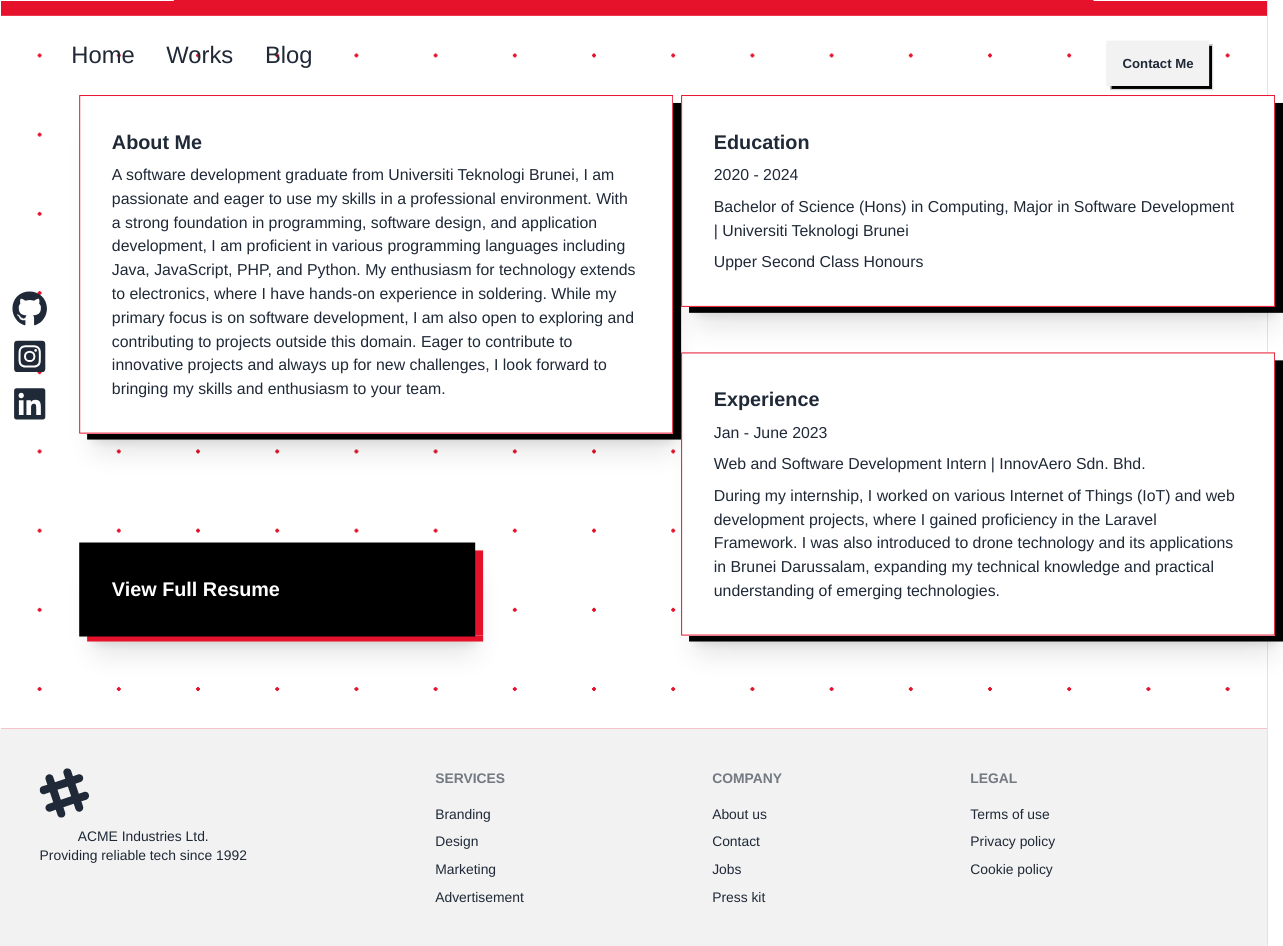
Repository: Ech026/echo-portfolio
Page: /echo-portfolio/my-work/echo-bike-app
These files come from the project's save history. The page is drawn as it stood at one moment and after a run of saves; the edit follows.
The browser window is 1280 px wide. The page is 1296 px wide, so the pictures cover 1296 px, including what lies to the right of the window. The pictures show the whole page, at 99% of full size.
Backgrounds fixed to the window are drawn as part of the page. The project was rebuilt for these pictures with package versions that can differ from the ones it lists, and the page was loaded fresh each time. Also part of the build but not shown: vite.config.js, src/components/hero.jsx, src/components/main.jsx, src/components/project.jsx, src/components/works.jsx.

Above is the page before, as saved 2024-10-14 19:32:01.

### index.html
<!doctype html>
<html lang="en" data-theme="light">
  <head>
    <meta charset="UTF-8" />
    <link rel="icon" type="image/svg+xml" href="/vite.svg" />
    <meta name="viewport" content="width=device-width, initial-scale=1.0" />
    <title>Aqil Aizuddin | Portfolio</title>
  </head>
  <body>
    <div id="root"></div>
    <script type="module" src="/src/main.jsx"></script>
  </body>
</html>

### src/main.jsx
import React from 'react'
import ReactDOM from 'react-dom/client'
import App from './App.jsx'
import './index.css'
import { BrowserRouter } from "react-router-dom";


ReactDOM.createRoot(document.getElementById('root')).render(
  <React.StrictMode>
    <BrowserRouter>
      <App />
    </BrowserRouter>
  </React.StrictMode>,
)

### src/App.jsx
import { useState } from 'react'
import reactLogo from './assets/react.svg'
import viteLogo from '/vite.svg'
import './App.css'

import { Route, Routes, useNavigate } from 'react-router-dom'


//component imports
import Main from './components/main'
import Works from './components/works'
import Blog from './components/works'
import Finalyearproj from './components/finalyearproj'


function App() {
  const [count, setCount] = useState(0)

  return (
    <>
      <Routes>
      <Route path="/echo-portfolio/" element= {
          <>
            <div className='bg bg-fixed w-screen '>
              <Main />
            </div>
          </>
        }
      />
      <Route path="/echo-portfolio/my-work" element= {
          <>
            <div className='bg bg-fixed w-screen '>
              <Works />
            </div>
          </>
        }
      />

      <Route path="/echo-portfolio/my-blog" element= {
          <>
            <div className='bg bg-fixed w-screen '>
              <Blog />
            </div>
          </>
        }
      />

      <Route path="/echo-portfolio/my-work/echo-bike-app" element= {
          <>
            <div className='bg bg-fixed w-screen '>
              <Finalyearproj />
            </div>
          </>
        }
      />

      </Routes>

    </>
  )
}

export default App

### src/App.css
#root {
  max-width: 100%;
  margin: 0 auto;
  text-align: center;
}

body{
  overflow-x: hidden;
  max-width: 100%;
}


.bg{
  background: radial-gradient(circle, transparent 20%, #e6122b 20%, #e6122b 80%, transparent 80%, transparent) 0% 0% / 172px 172px, radial-gradient(circle, transparent 20%, #e6122b 20%, #e6122b 80%, transparent 80%, transparent) 86px 86px / 172px 172px, linear-gradient(#ffffff 1.5px, transparent 1.5px) 0px -0.75px / 86px 86px, linear-gradient(90deg, #ffffff 1.5px, #e6122b 1.5px) -0.75px 0px / 86px 86px #e6122b;
  background-size: 172px 172px, 172px 172px, 86px 86px, 86px 86px;
  background-color: #e6122b;
}

.bg-2{
  background-image: radial-gradient(#e6122b 2px, transparent 2px);
  background-size: 80px 80px;
  background-color: #ffffff;
}

### src/components/finalyearproj.jsx
import React from 'react'
import Sidebar from './sidebar'
import Nav from './nav'
import Footer from './footer'

const finalyearproj = () => {
  return (
    <>
    <Sidebar/>
    <Nav/>

    <div className='hidden md:block md:min-h-screen bg-2 bg-fixed p-20'>
          <div className='flex justify-evenly'>
            <div className='flex flex-col justify-between'>
              <div>
                <div className=" z-20 card w-[600px] bg-white border border-[#e6122b] rounded-none absolute">
                  <div className="card-body">
                    <h2 className="card-title">About Me</h2>
                    <p className='text-left'>
                    A software development graduate from Universiti Teknologi Brunei, I am passionate and eager to use my skills in a professional environment. With a strong foundation in programming, software design, and application development, I am proficient in various programming languages including Java, JavaScript, PHP, and Python. My enthusiasm for technology extends to electronics, where I have hands-on experience in soldering. While my primary focus is on software development, I am also open to exploring and contributing to projects outside this domain. Eager to contribute to innovative projects and always up for new challenges, I look forward to bringing my skills and enthusiasm to your team.
                    </p>
                  </div>
                </div>
                <div className=" mt-2 ml-2 card w-[600px] bg-[#000] shadow-xl rounded-none ">
                  <div className="card-body">
                    <h2 className="card-title">About Me</h2>
                    <p className='text-justify'>
                    A software development graduate from Universiti Teknologi Brunei, I am passionate and eager to use my skills in a professional environment. With a strong foundation in programming, software design, and application development, I am proficient in various programming languages including Java, JavaScript, PHP, and Python. My enthusiasm for technology extends to electronics, where I have hands-on experience in soldering. While my primary focus is on software development, I am also open to exploring and contributing to projects outside this domain. Eager to contribute to innovative projects and always up for new challenges, I look forward to bringing my skills and enthusiasm to your team.
                    </p>
                  </div>
                </div>
              </div>

              <div className='flex justify-start'>
                <div className=" z-20 card w-[400px] bg-[#000] border border-[#000] rounded-none absolute text-[#fff] ">
                  <div className="card-body">
                    <h2 className="card-title">View Full Resume</h2>
                  </div>
                </div>
                <div className=" mt-2 ml-2 card w-[400px] bg-[#e6122b] shadow-xl rounded-none ">
                  <div className="card-body">
                  <h2 className="card-title">View Full Resume</h2>
                  </div>
                </div>
              </div>
            </div>

            <div className='flex flex-col justify-between'>
            <div className='mb-10'>
                <div className=" z-20 card w-[600px] bg-white border border-[#e6122b] rounded-none absolute">
                  <div className="card-body">
                    <h2 className="card-title">Education</h2>
                    <p className='text-left'>2020 - 2024</p>
                    <p className='text-left'>Bachelor of Science (Hons) in Computing, Major in Software Development | Universiti Teknologi Brunei</p>
                    <p className='text-left'>Upper Second Class Honours</p>


                  </div>
                </div>
                <div className=" mt-2 ml-2 card w-[600px] bg-[#000] shadow-xl rounded-none ">
                  <div className="card-body">
                  <h2 className="card-title">Education</h2>
                    <p className='text-left'>Jan - June 2023</p>
                    <p className='text-left'>Bachelor of Science (Hons) in Computing, Major in Software Development | Universiti Teknologi Brunei</p>
                    <p className='text-left'>Upper Second Class Honours</p>

                  </div>
                </div>
            </div>
            <div>
              <div className=" z-20 card w-[600px] bg-white border border-[#e6122b] rounded-none absolute">
            <div className="card-body">
              <h2 className="card-title">Experience</h2>
              <p className='text-left'>Jan - June 2023</p>
              <p className='text-left'>Web and Software Development Intern | InnovAero Sdn. Bhd.</p>
              <p className='text-left'>
                During my internship, I worked on various Internet of Things (IoT) and web development projects, where I gained proficiency in the Laravel Framework. I was also introduced to drone technology and its applications in Brunei Darussalam, expanding my technical knowledge and practical understanding of emerging technologies.
                </p>

            </div>
          </div>
          <div className=" mt-2 ml-2 card w-[600px] bg-[#000] shadow-xl rounded-none ">
            <div className="card-body">
            <h2 className="card-title">Experience</h2>
              <p className='text-left'>Jan - June 2023</p>
              <p className='text-left'>Web and Software Development Intern | InnovAero Sdn. Bhd.</p>
              <p className='text-left'>
              During my internship, I worked on various Internet of Things (IoT) and web development projects, where I gained proficiency in the Laravel Framework. I was also introduced to drone technology and its applications in Brunei Darussalam, expanding my technical knowledge and practical understanding of emerging technologies.
              </p>

            </div>
          </div>
              </div>



            </div>
          </div>
        </div>
    <Footer/>
    </>
  )
}

export default finalyearproj

### src/components/sidebar.jsx
import React from 'react'
import { IconContext } from "react-icons";
import { FaGithub, FaInstagramSquare, FaLinkedin   } from "react-icons/fa";


const Sidebar = () => {
  return (
    <div className='z-10 fixed hidden md:flex flex-col justify-center h-screen'>
      <IconContext.Provider value={{ className: "m-3 text-4xl" }}>
        <div>
          <a href="#"><FaGithub /></a>
          <a href="#"><FaInstagramSquare /></a>
          <a href="https://www.linkedin.com/in/aqil-aizuddin-89616223b/" target='_blank'><FaLinkedin /></a>

        </div>
      </IconContext.Provider>
    </div>
  )
}

export default Sidebar

### src/components/nav.jsx
import React from 'react'
import { Link } from 'react-router-dom'

const Nav = () => {
  return (
    <>
      <div className='hidden md:flex justify-between w-screen text-2xl pt-10 absolute'>
          <div className='flex px-14'>
              <div className='px-4'><Link to={"/echo-portfolio/"}>Home</Link></div>
              <div className='px-4'><Link to={"/echo-portfolio/my-work"}>Works</Link></div>
              <div className='px-4'><Link to={"/echo-portfolio/my-blog"}>Blog</Link></div>

          </div>
          <div className='flex px-14 text-xl'>
              <button className='z-20 btn w-fit rounded-none'>Contact Me</button>
              <button className='btn w-fit rounded-none absolute mt-1 ml-1 bg-black'>Contact Me</button>


          </div>

      </div>
      <div className='flex justify-end p-2'>

      <details className="dropdown dropdown-end md:hidden absolute">
        <summary className="m-1 btn btn-circle swap swap-rotate float">
        {/* this hidden checkbox controls the state */}
        <input type="checkbox" />

        {/* hamburger icon */}
        <svg className="swap-off fill-current" xmlns="http://www.w3.org/2000/svg" width="32" height="32" viewBox="0 0 512 512"><path d="M64,384H448V341.33H64Zm0-106.67H448V234.67H64ZM64,128v42.67H448V128Z"/></svg>

        {/* close icon */}
        <svg className="swap-on fill-current" xmlns="http://www.w3.org/2000/svg" width="32" height="32" viewBox="0 0 512 512"><polygon points="400 145.49 366.51 112 256 222.51 145.49 112 112 145.49 222.51 256 112 366.51 145.49 400 256 289.49 366.51 400 400 366.51 289.49 256 400 145.49"/></svg></summary>

        <ul className="p-2 shadow menu dropdown-content z-[1] bg-base-100 rounded-box w-52">
          <li><a>Item 1</a></li>
          <li><a>Item 2</a></li>
        </ul>
      </details>

      </div>
    </>
  )
}

export default Nav

### src/components/footer.jsx
import React from 'react'

const Footer = () => {
  return (
    <footer className="footer p-10 bg-base-200 text-base-content">
        <aside>
            <svg width="50" height="50" viewBox="0 0 24 24" xmlns="http://www.w3.org/2000/svg" fillRule="evenodd" clipRule="evenodd" className="fill-current"><path d="M22.672 15.226l-2.432.811.841 2.515c.33 1.019-.209 2.127-1.23 2.456-1.15.325-2.148-.321-2.463-1.226l-.84-2.518-5.013 1.677.84 2.517c.391 1.203-.434 2.542-1.831 2.542-.88 0-1.601-.564-1.86-1.314l-.842-2.516-2.431.809c-1.135.328-2.145-.317-2.463-1.229-.329-1.018.211-2.127 1.231-2.456l2.432-.809-1.621-4.823-2.432.808c-1.355.384-2.558-.59-2.558-1.839 0-.817.509-1.582 1.327-1.846l2.433-.809-.842-2.515c-.33-1.02.211-2.129 1.232-2.458 1.02-.329 2.13.209 2.461 1.229l.842 2.515 5.011-1.677-.839-2.517c-.403-1.238.484-2.553 1.843-2.553.819 0 1.585.509 1.85 1.326l.841 2.517 2.431-.81c1.02-.33 2.131.211 2.461 1.229.332 1.018-.21 2.126-1.23 2.456l-2.433.809 1.622 4.823 2.433-.809c1.242-.401 2.557.484 2.557 1.838 0 .819-.51 1.583-1.328 1.847m-8.992-6.428l-5.01 1.675 1.619 4.828 5.011-1.674-1.62-4.829z"></path></svg>
            <p>ACME Industries Ltd.<br/>Providing reliable tech since 1992</p>
        </aside>
        <nav>
            <h6 className="footer-title">Services</h6>
            <a className="link link-hover">Branding</a>
            <a className="link link-hover">Design</a>
            <a className="link link-hover">Marketing</a>
            <a className="link link-hover">Advertisement</a>
        </nav>
        <nav>
            <h6 className="footer-title">Company</h6>
            <a className="link link-hover">About us</a>
            <a className="link link-hover">Contact</a>
            <a className="link link-hover">Jobs</a>
            <a className="link link-hover">Press kit</a>
        </nav>
        <nav>
            <h6 className="footer-title">Legal</h6>
            <a className="link link-hover">Terms of use</a>
            <a className="link link-hover">Privacy policy</a>
            <a className="link link-hover">Cookie policy</a>
        </nav>
    </footer>
  )
}

export default Footer

### tailwind.config.js
/** @type {import('tailwindcss').Config} */
export default {
  content: ["./index.html", "./src/**/*.{js,ts,jsx,tsx}"],
  theme: {
    fontFamily: {
      sans: ["Helvetica", "sans-serif"],
      serif: ["Merriweather", "serif"],
    },
    extend: {},
  },
  plugins: [require("daisyui")],
  daisyui: {
    themes: ["light", "dark", "cupcake"],
  },
};

Loaded but not shown: src/index.css (common file)

After the next 2 saves:
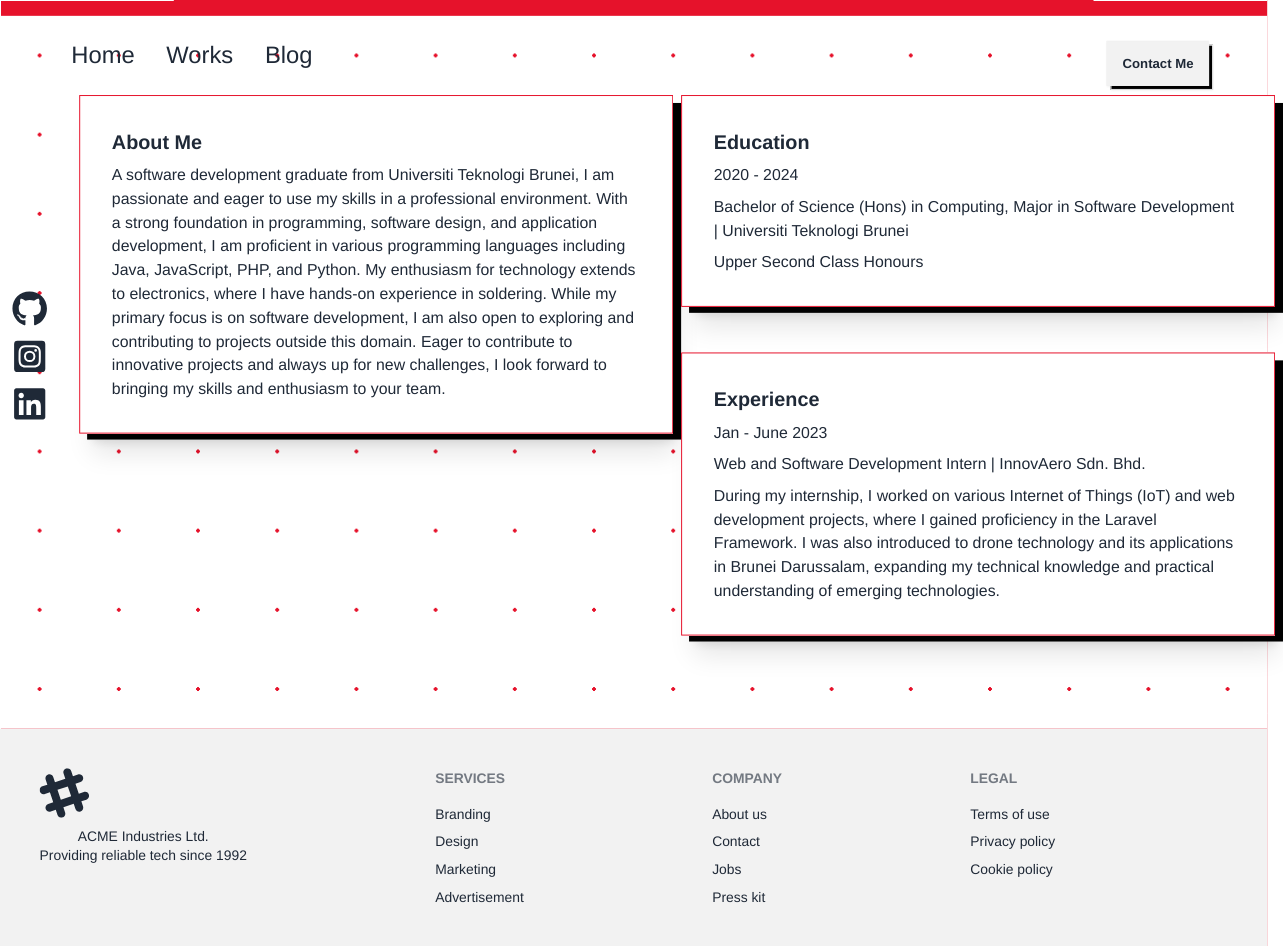
The 2 saves are shown as one change because 1 did not build or start.
The last was saved 105 s later.
--- a/src/components/finalyearproj.jsx
+++ b/src/components/finalyearproj.jsx
@@ -31,18 +31,7 @@
                 </div>
               </div>
 
-              <div className='flex justify-start'>
-                <div className=" z-20 card w-[400px] bg-[#000] border border-[#000] rounded-none absolute text-[#fff] ">
-                  <div className="card-body">
-                    <h2 className="card-title">View Full Resume</h2>
-                  </div>
-                </div>
-                <div className=" mt-2 ml-2 card w-[400px] bg-[#e6122b] shadow-xl rounded-none ">
-                  <div className="card-body">
-                  <h2 className="card-title">View Full Resume</h2>
-                  </div>
-                </div>
-              </div>
+
             </div>
 
             <div className='flex flex-col justify-between'>
